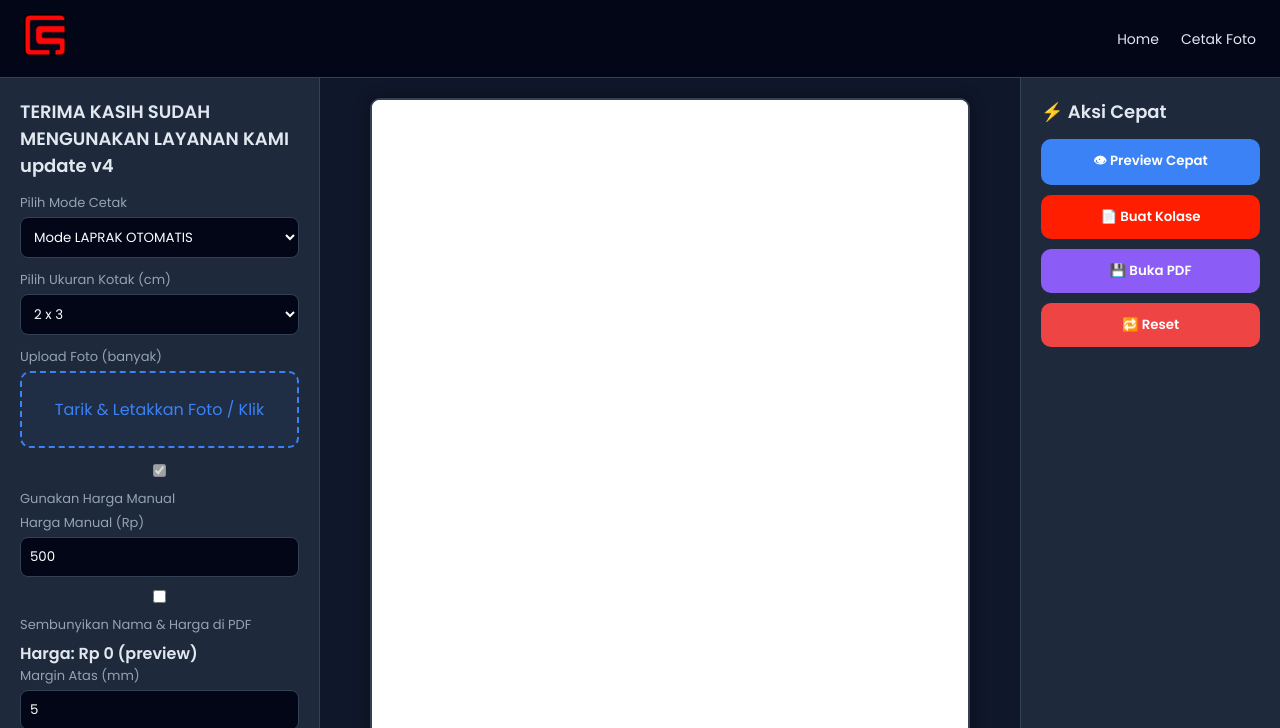
Repository: procinema22/hiisedulurfc
Page: cetakfoto.html
The author's editor kept a copy of each file at every save. The page is drawn from the files as they stood at one save, then again after the next save.
The browser window is 1280 px wide. The pictures show the whole page.
An inner scrolling area shows only its first screen.

Above is the page before, as saved 2026-04-27 21:27:36.

After the next save:
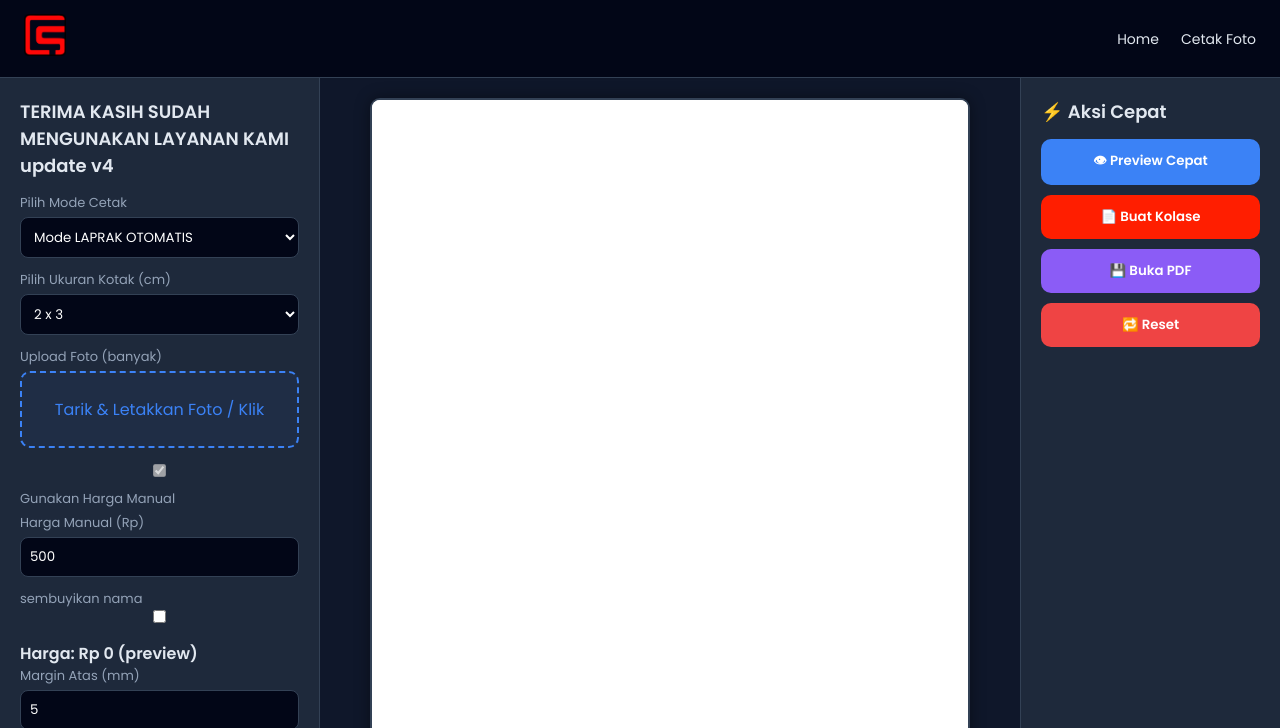
Saved 74 s later.
--- a/cetakfoto.html
+++ b/cetakfoto.html
@@ -90,9 +90,13 @@
   step="500">
     </div>
 
-    <label>
-      <input type="checkbox" id="hideInfo">
-      Sembunyikan Nama & Harga di PDF
+    <label class="switch-wrap">
+      <span>sembuyikan nama</span>
+
+      <label class="switch">
+        <input type="checkbox" id="hideInfo">
+        <span class="slider"></span>
+      </label>
     </label>
     <div id="laprakControls" style="display:none;">
       <label>Nama Laprak</label>
